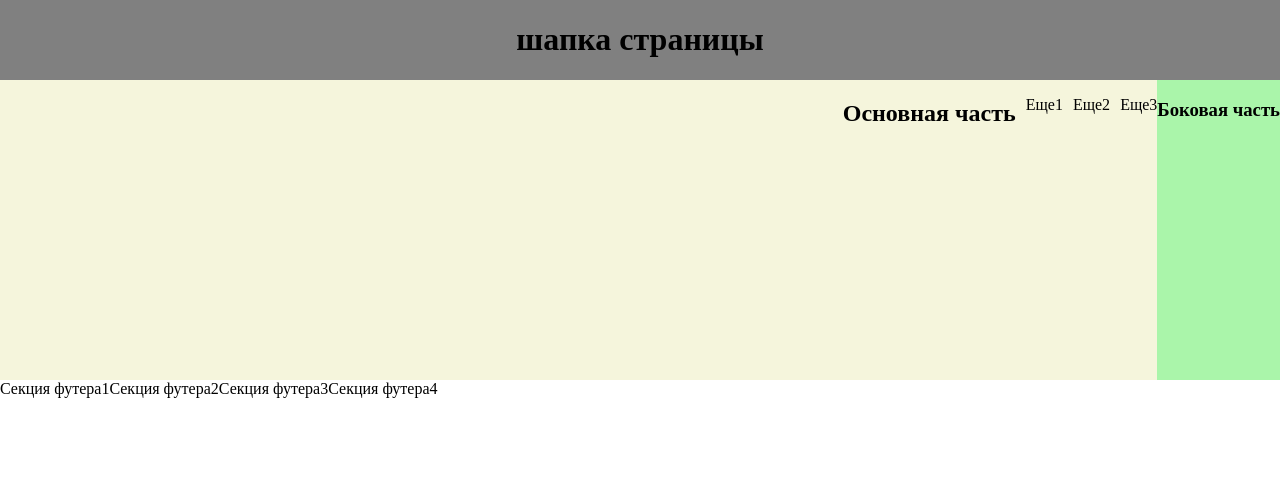
Repository: IrinaGetmanenko/week5
Page: week5/index.html
The author's editor kept a copy of each file at every save. The page is drawn from the files as they stood at one save, then again after the next save.
The browser window is 1280 px wide. The pictures show the whole page.

Above is the page before, as saved 2022-08-28 12:50:33.

### week5/index.html
<!DOCTYPE html>
<html lang="en">
<head>
    <meta charset="UTF-8">
    <meta http-equiv="X-UA-Compatible" content="IE=edge">
    <meta name="viewport" content="width=device-width, initial-scale=1.0">
    <link rel="stylesheet" href="normalize.css">
    <title>Document</title>
    <style>
        .h1{
           display: flex;
           justify-content: center;
           height: 80px;
           background-color: gray;
        }

        .container1{
            display: flex;
            height: 300px;
            background-color: beige;
            justify-content: flex-end;

        }
        .main1{
           flex-basis: 10px;


        }

        .main2{
            flex-basis: 10px;



}
       .main3{
        flex-basis: 10px;

}

.aside{

    height: 300px;
    background-color: rgb(170, 245, 170);
}
.footer{
display: flex;
}


    </style>
</head>
<body>
    <header>
        <div class="h1">
            <h1>шапка страницы</h1>
    </header>

    <main>
        <div class="container1"><h2>Основная часть</h2>

        <div class="main1"></div>
        <p>Еще1</p>

        <div class="main2"></div>
        <p>Еще2</p>

        <div class="main3"></div>
        <p>Еще3</p>
        <div class="aside"><h3>Боковая часть</h3>

        </div>
    </div>

    </main>

     <div class="footer">
        <div>Секция футера1</div>
        <div>Секция футера2</div>
        <div>Секция футера3</div>
        <div>Секция футера4</div>
    </div>


</body>
</html>

Loaded but not shown: week5/normalize.css (library)

After the next save:
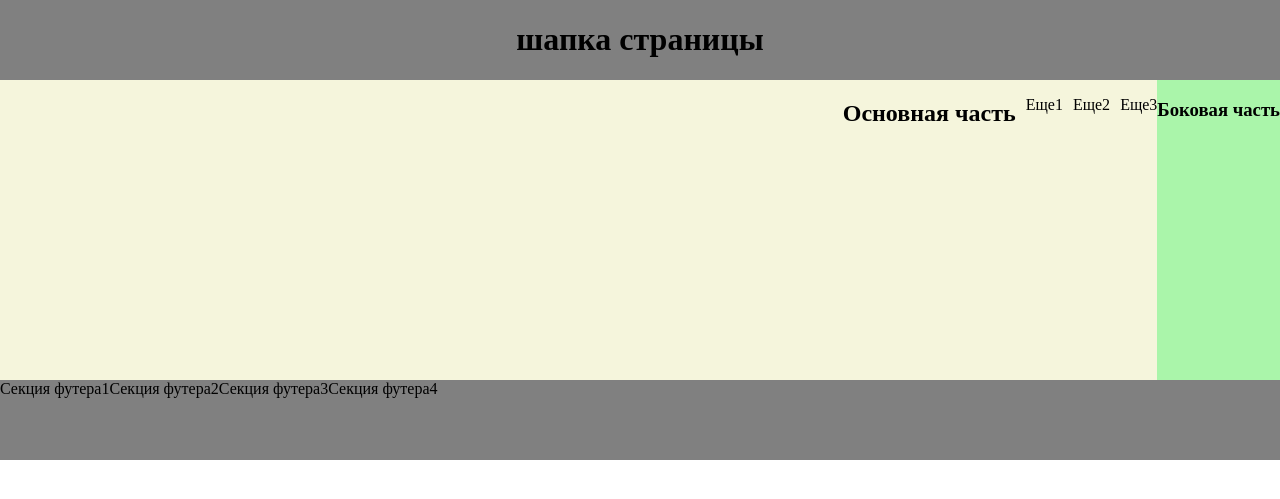
Saved 37 s later.
--- a/week5/index.html
+++ b/week5/index.html
@@ -45,6 +45,8 @@
 }
 .footer{
 display: flex;
+height: 80px;
+background-color: gray;
 }
 
 
